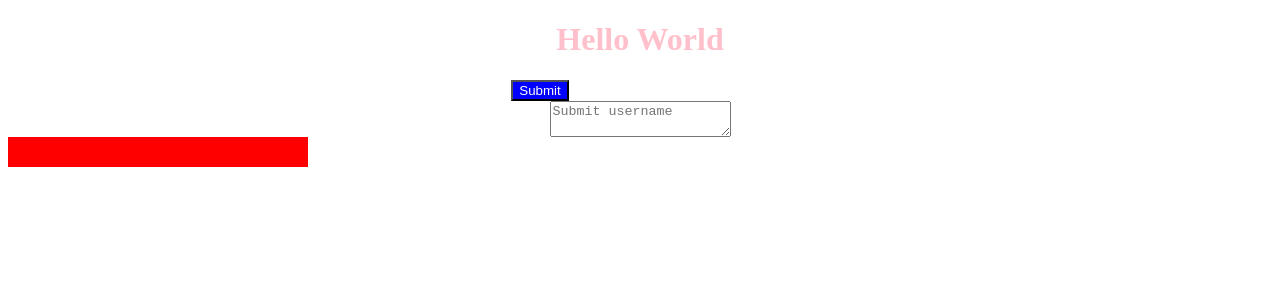
Repository: Flamemaster921/Feature-Showcase
Page: Index/firstPage/Website.html
These files come from the project's save history. The page is drawn as it stood at one moment and after the next save; the edit follows.
The browser window is 1280 px wide. The pictures show the whole page.

Above is the page before, as saved 2025-12-15 02:07:40.

### Index/firstPage/Website.html
<!DOCTYPE html>
<html lang="en">
<head>
    <meta charset="UTF-8">
    <meta name="viewport" content="width=device-width, initial-scale=1.0">
    <title>New Start</title>
    <link rel="stylesheet" href="Design.css">
    <script src="System.js" defer></script>
</head>
<body>
    <h1 class="titleCard">Hello World</h1>

    <button id="submitButton" class="primary-btn">Submit</button>

    <textarea id="usernameBox" class="text-input" placeholder="Submit username"></textarea>

    <div class="color-bar"></div>


</body>

### Index/firstPage/Design.css
.titleCard {
    display: flex;
    flex-direction: column;
    align-items: center;
    color: pink;
    left: auto;
}

.primary-btn {
  background-color: blue;
  color: white;

    position: relative;
    left: -100px;
    top: auto;
    display: block;
    margin: 0 auto;
}

.text-input{
    position: relative;
    left: auto;
    top: auto;
    display: block;
    margin: 0 auto;
}

.color-bar {
  width: 300px;
  height: 30px;
  background-color: red;
}

### Index/firstPage/System.js
//Submit username
const textarea = document.getElementById("usernameBox");
const button = document.getElementById("submitButton");

button.addEventListener("click", () => {
    textarea.value = "";
});

After the next save:
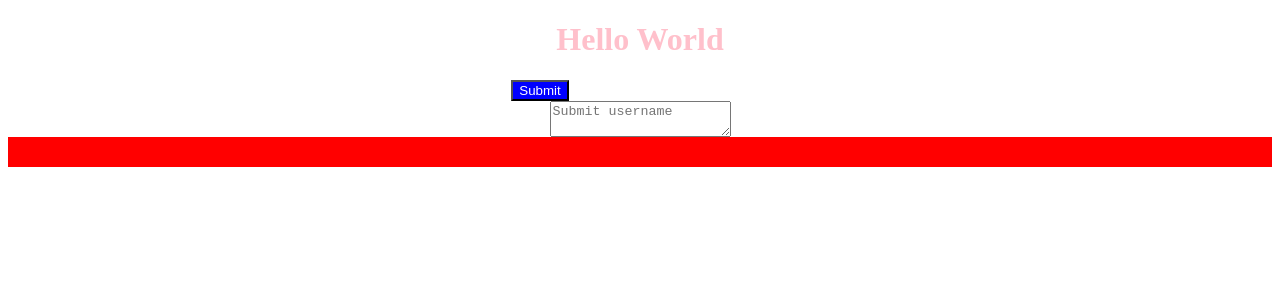
Saved 23 s later.
--- a/Index/firstPage/Design.css
+++ b/Index/firstPage/Design.css
@@ -26,7 +26,7 @@
 }
 
 .color-bar {
-  width: 300px;
+  width: calc();
   height: 30px;
   background-color: red;
 }
